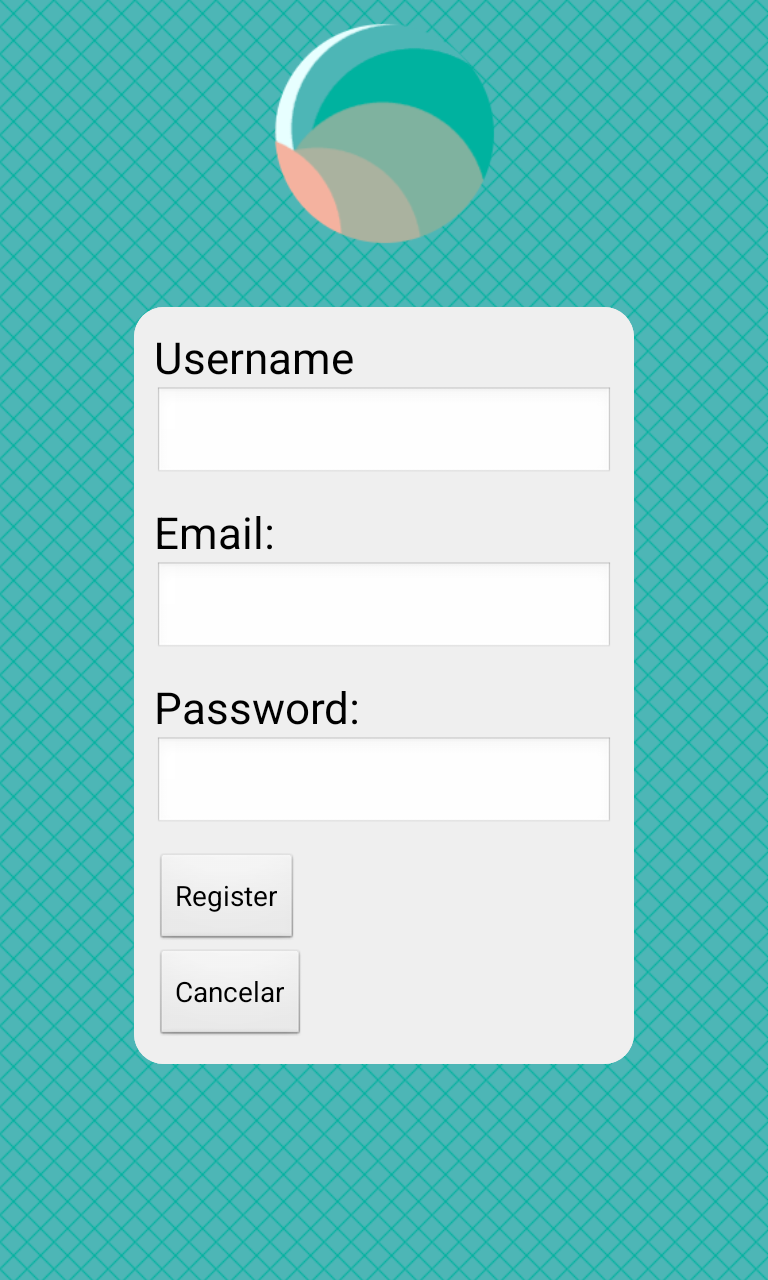
Repository: ppamorim/Coderock-X
Layout: workspace-Android/teste1/res/layout/activity_register.xml
The author's editor kept a copy of each file at every save. The layout is drawn from the files as they stood at one save, then again after the next save.
It is drawn on a 768 x 1280 px phone screen (xhdpi) without system bars, with theme android:Theme.NoTitleBar; the app's code is not run.

Above is the layout before, as saved 2014-01-05 23:20:20.

After the next save:
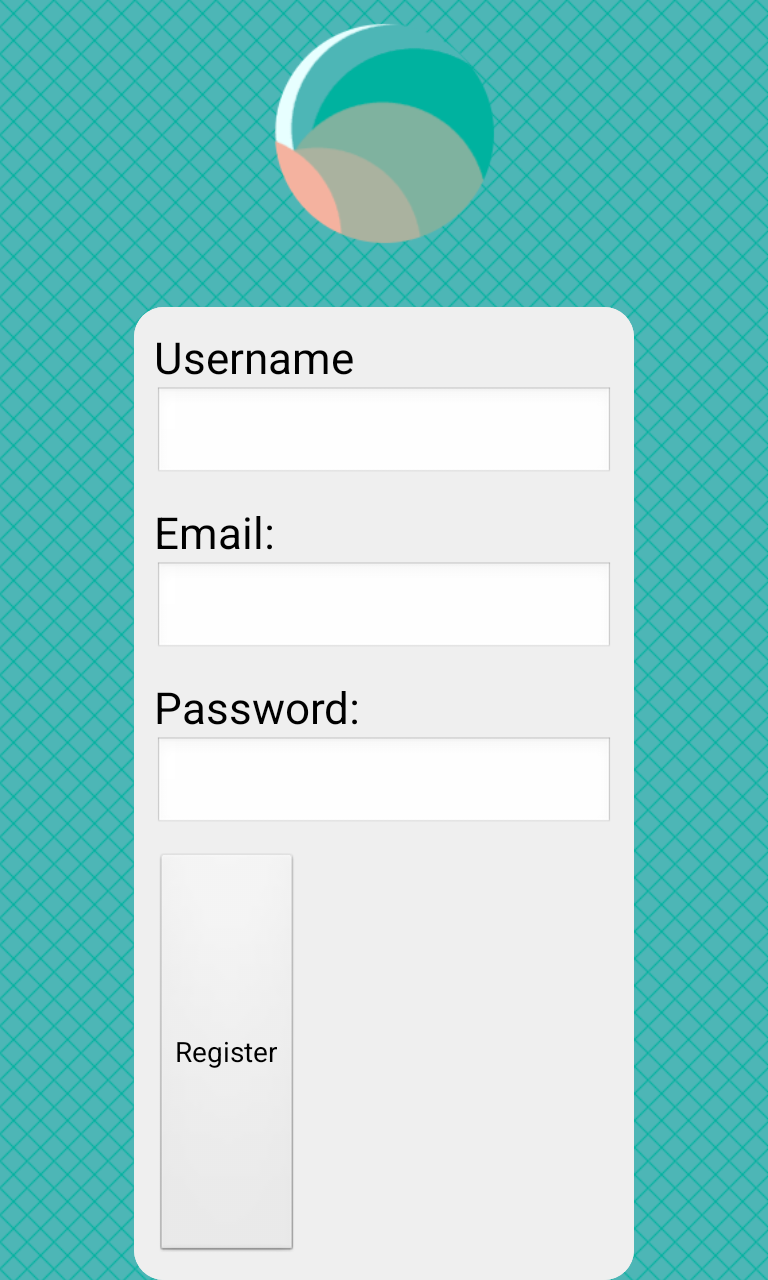
Saved 7 s later.
--- a/workspace-Android/teste1/res/layout/activity_register.xml
+++ b/workspace-Android/teste1/res/layout/activity_register.xml
@@ -94,7 +94,7 @@
 
         		<LinearLayout
         		android:layout_width="fill_parent"
-            	android:layout_height="240dpt"
+            	android:layout_height="240dp"
             	android:layout_weight="2"
             	android:orientation="vertical"
             	android:layout_marginBottom="10dp"
